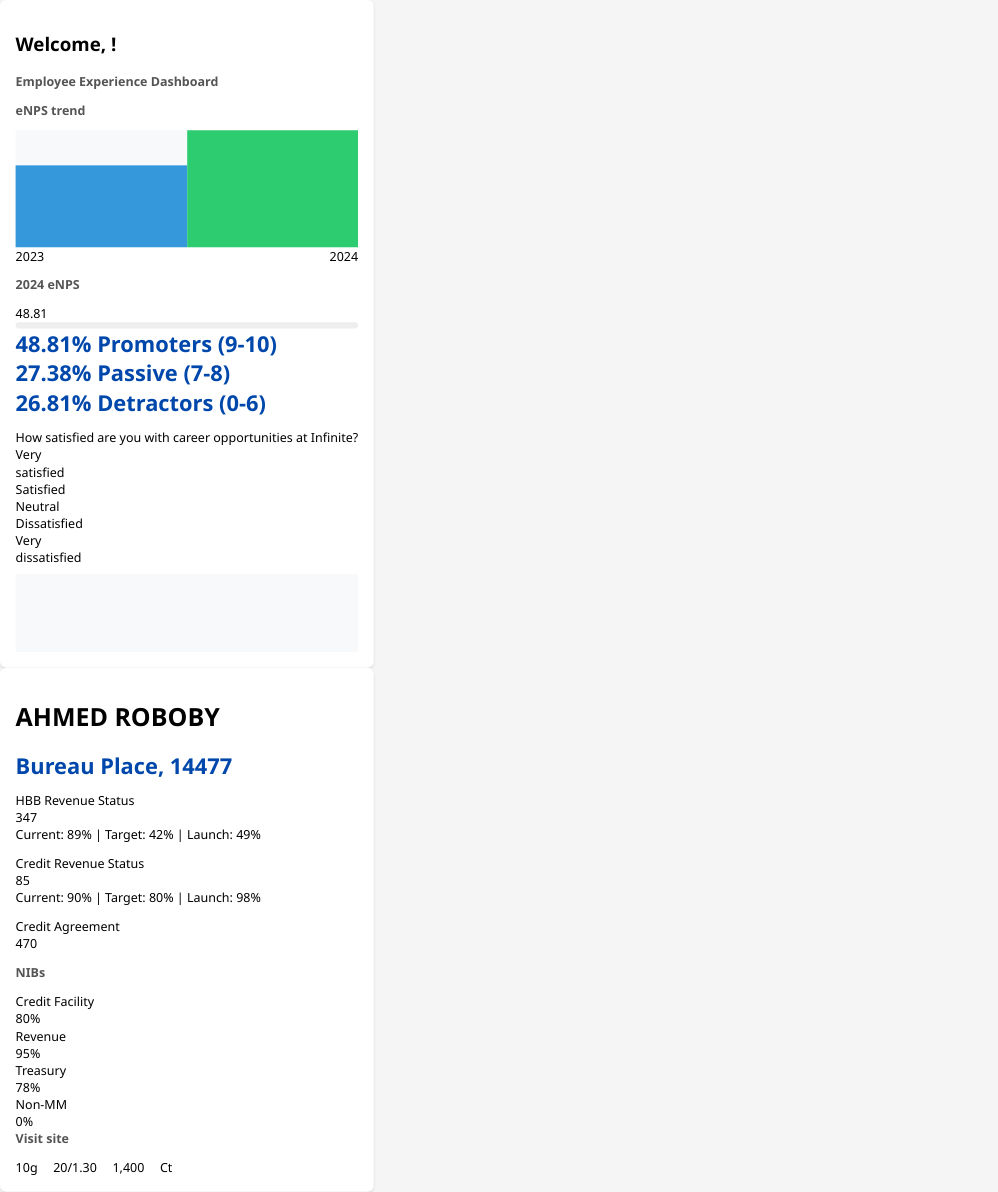
Repository: Ramaryal33/Airline-Management-System
Page: http://localhost/Airline_Management_System/WEB-INF/page/staffDashboard.jsp
An editor plug-in stored every save of this project. The page is shown before and after the next save, followed by the edit.
The browser window is 1280 px wide. The pictures show the whole page, at 78% of full size.
The page is served by Tomcat 10. Nobody is signed in. The template is opened directly, without the code that normally fills it, so the values that code supplies are empty.

Above is the page before, as saved 2025-05-02 00:47:06.

After the next save:
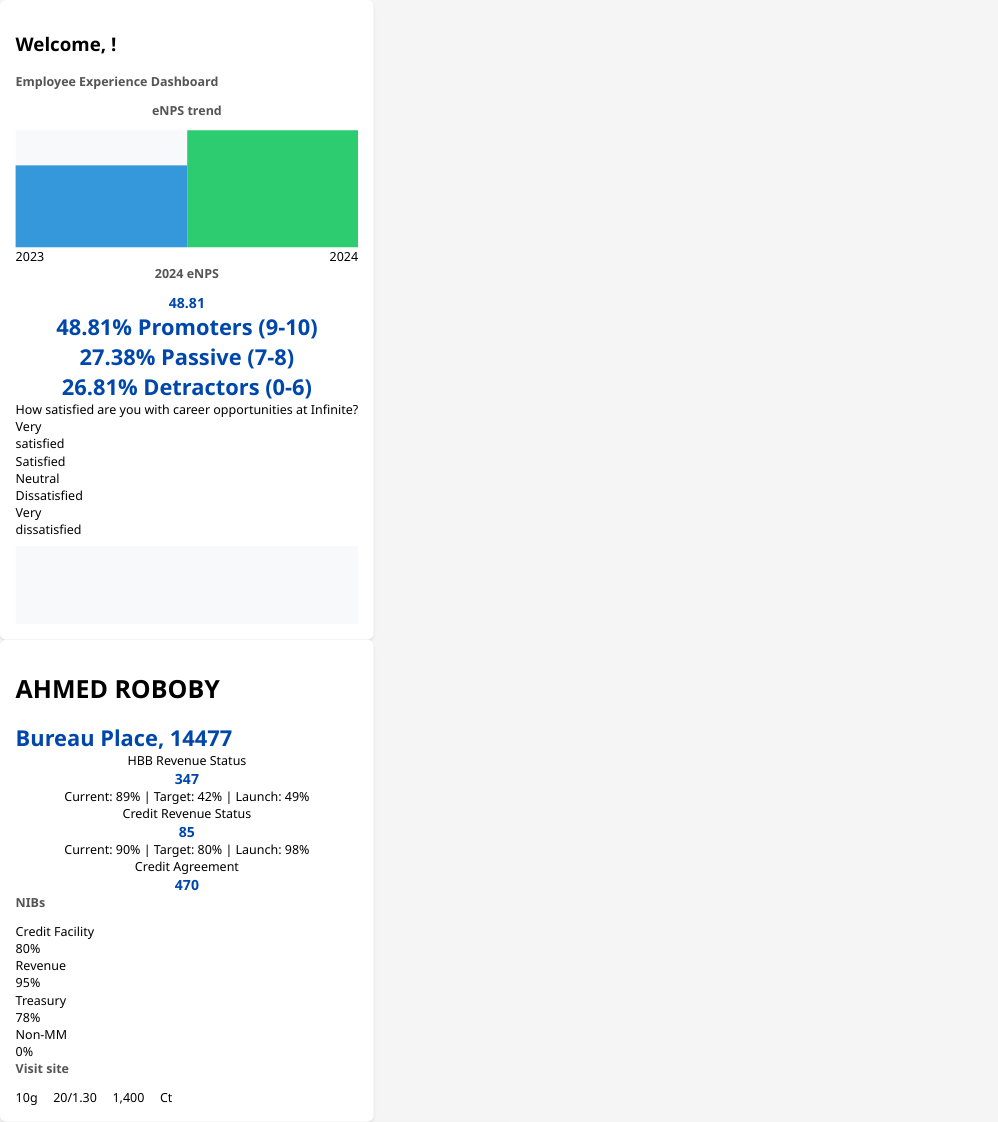
Saved 2 min 38 s later.
--- a/Airline_Management_System/src/main/webapp/css/staff.css
+++ b/Airline_Management_System/src/main/webapp/css/staff.css
@@ -117,60 +117,100 @@ canvas {
     max-height: 100%;
 }
 
-/* Metrics Container */
-.metrics-container {
-    flex: 1 1 45%;
-    min-width: 400px;
-    height: 350px;
-    display: flex;
-    flex-direction: column;
+/* Performance Summary Styles */
+.performance-summary {
+    background: white;
+    border-radius: 10px;
+    padding: 20px;
+    box-shadow: 0 2px 8px rgba(0,0,0,0.1);
+}
+
+.performance-distribution {
+    margin: 20px 0;
+}
+
+.rating-category {
+    margin-bottom: 15px;
+    display: flex;
+    align-items: center;
+}
+
+.rating-label {
+    width: 80px;
+    font-weight: 500;
+}
+
+.rating-bar {
+    flex-grow: 1;
+    height: 24px;
+    background: #f0f0f0;
+    border-radius: 12px;
+    margin: 0 10px;
+    display: flex;
+    align-items: center;
+    position: relative;
+}
+
+.rating-fill {
+    height: 100%;
+    border-radius: 12px;
+    transition: width 0.5s ease;
+}
+
+.rating-value {
+    position: absolute;
+    right: 10px;
+    color: white;
+    font-weight: bold;
+    font-size: 12px;
+    text-shadow: 0 1px 1px rgba(0,0,0,0.3);
+}
+
+.performance-metrics {
+    display: grid;
+    grid-template-columns: repeat(3, 1fr);
+    gap: 15px;
+    margin: 25px 0;
+    padding: 15px 0;
+    border-top: 1px solid #eee;
+    border-bottom: 1px solid #eee;
+}
+
+.metric {
+    text-align: center;
+}
+
+.metric-label {
+    display: block;
+    font-size: 14px;
+    color: #666;
+}
+
+.metric-value {
+    display: block;
+    font-size: 18px;
+    font-weight: bold;
+    color: #0047AB;
+}
+
+.metric-value.positive {
+    color: #4CAF50;
+}
+
+.performance-actions {
+    display: flex;
     justify-content: space-between;
-}
-
-/* Progress Bars */
-.metric {
-    margin: 15px 0;
-}
-
-.metric label {
-    display: flex;
-    justify-content: space-between;
-    margin-bottom: 5px;
-    font-weight: 500;
-    color: #555;
-}
-
-.metric label span {
-    color: #0047AB;
-    font-weight: 600;
-}
-
-.progress-bar {
-    height: 8px;
-    background: #eee;
-    border-radius: 4px;
-    overflow: hidden;
-}
-
-.progress-fill {
-    height: 100%;
-    border-radius: 4px;
-}
-
-/* Action Buttons */
-.action-buttons {
-    display: grid;
-    grid-template-columns: 1fr 1fr;
-    gap: 10px;
     margin-top: 20px;
 }
 
 .action-btn {
-    padding: 10px 15px;
+    flex: 1;
+    margin: 0 5px;
+    padding: 10px;
     background: #0047AB;
     color: white;
     border: none;
-    border-radius: 4px;
+    border-radius: 5px;
     cursor: pointer;
     display: flex;
     align-items: center;
